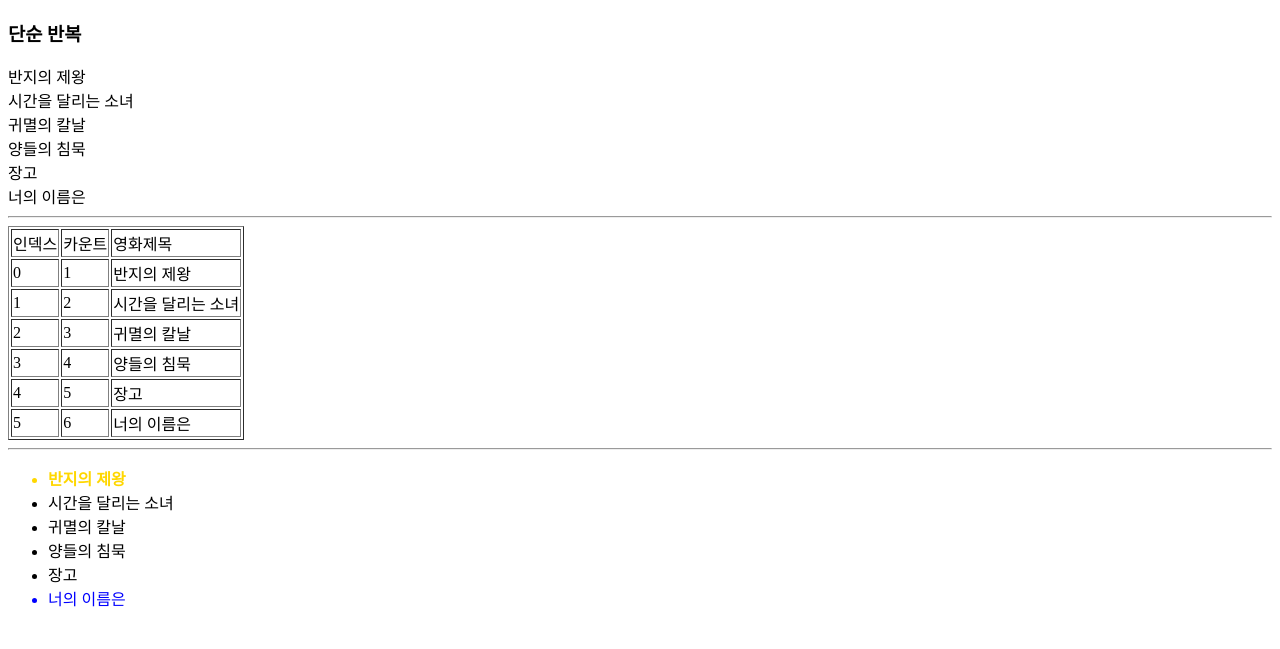
Repository: YooMyeongSeon/JSP_Servlet_Study
Page: http://localhost/web07/Ex_12.jsp
The author's editor kept a copy of each file at every save. The page is drawn from the files as they stood at one save, then again after the next save.
The browser window is 1280 px wide. The pictures show the whole page.
The page is served by Tomcat 9.

Above is the page before, as saved 2022-06-10 05:55:12.

After the next save:
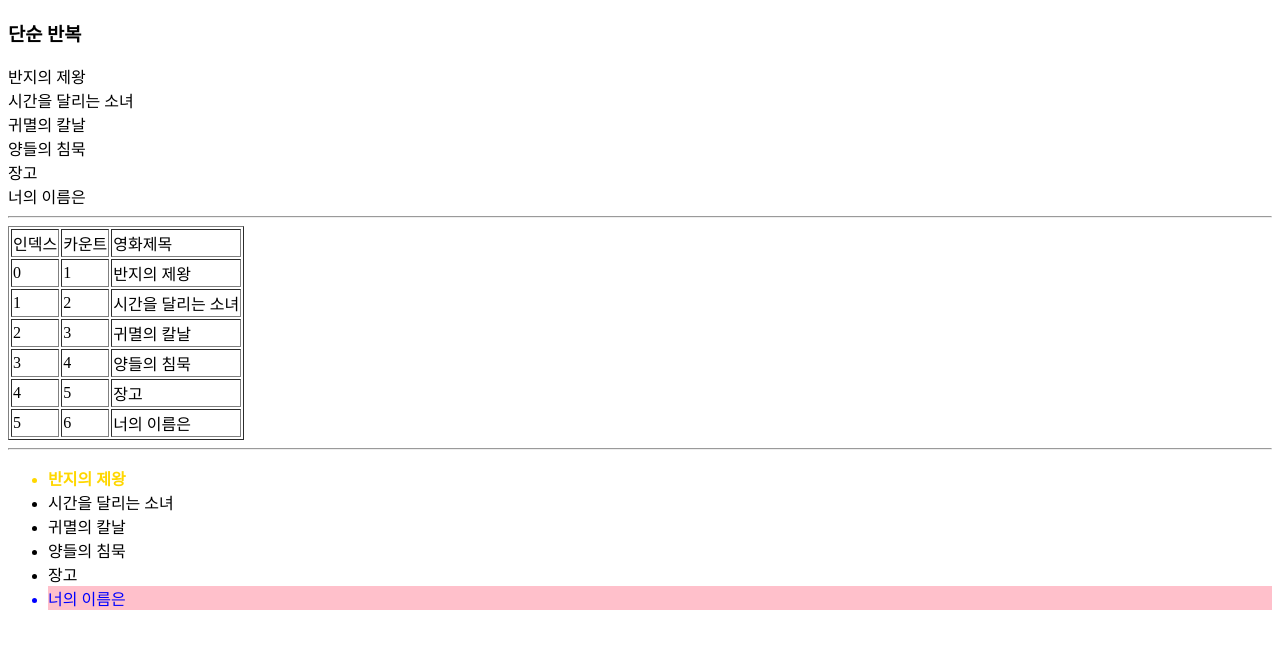
Saved 52 s later.
--- a/web07/WebContent/Ex_12.jsp
+++ b/web07/WebContent/Ex_12.jsp
@@ -39,7 +39,7 @@
 					<li style="color:gold; font-weight:bold;">${mTiile}</li>
 				</c:when>
 				<c:when test="${vs.last}">
-					<li style="color:blue; backgournd-color:pink;">${mTiile}</li>
+					<li style="color:blue; background-color:pink;">${mTiile}</li>
 				</c:when>
 				<c:otherwise>
 					<li>${mTiile}</li>
